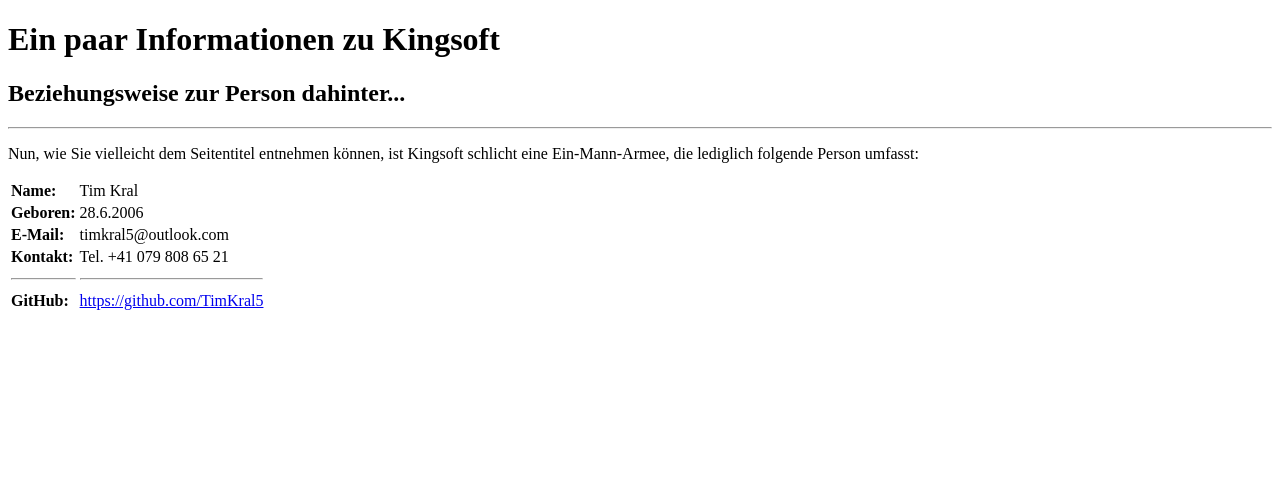
Repository: TimKral5/WikiPage
Page: Homepage/pages/about/about.htm
An editor plug-in stored every save of this project. The page is shown before and after the next save, followed by the edit.
The browser window is 1280 px wide. The pictures show the whole page.

Above is the page before, as saved 2022-11-10 23:14:43.

### Homepage/pages/about/about.htm
<!DOCTYPE html>
<html lang="en">

<head>
    <meta charset="UTF-8">
    <meta http-equiv="X-UA-Compatible" content="IE=edge">
    <meta name="viewport" content="width=device-width, initial-scale=1.0">
    <title>Test</title>

    <link rel="stylesheet" href="style.css">
</head>

<body>
    <h1>Ein paar Informationen zu Kingsoft</h1>
    <h2>Beziehungsweise zur Person dahinter...</h2>
    <hr>
    <p>
        Nun, wie Sie vielleicht dem Seitentitel entnehmen können, ist Kingsoft schlicht eine Ein-Mann-Armee, die lediglich folgende Person umfasst:
    </p>
    <table>
        <tr>
            <td><b>Name:</b></td>
            <td>Tim Kral</td>
        </tr>
        <tr>
            <td><b>Geboren:</b></td>
            <td>28.6.2006</td>
        </tr>
        <tr>
            <td><b>E-Mail:</b></td>
            <td>timkral5@outlook.com</td>
        </tr>
        <tr>
            <td><b>Kontakt:</b></td>
            <td>Tel. +41 079 808 65 21</td>
        </tr>
        <tr>
            <td><hr></td>
            <td><hr></td>
        </tr>
        <tr>
            <td><b>GitHub:</b></td>
            <td><a href="https://github.com/TimKral5">https://github.com/TimKral5</a></td>
        </tr>
    </table>
</body>

</html>

### Homepage/pages/about/style.css
table {
    font-size: 16px;
}

After the next save:
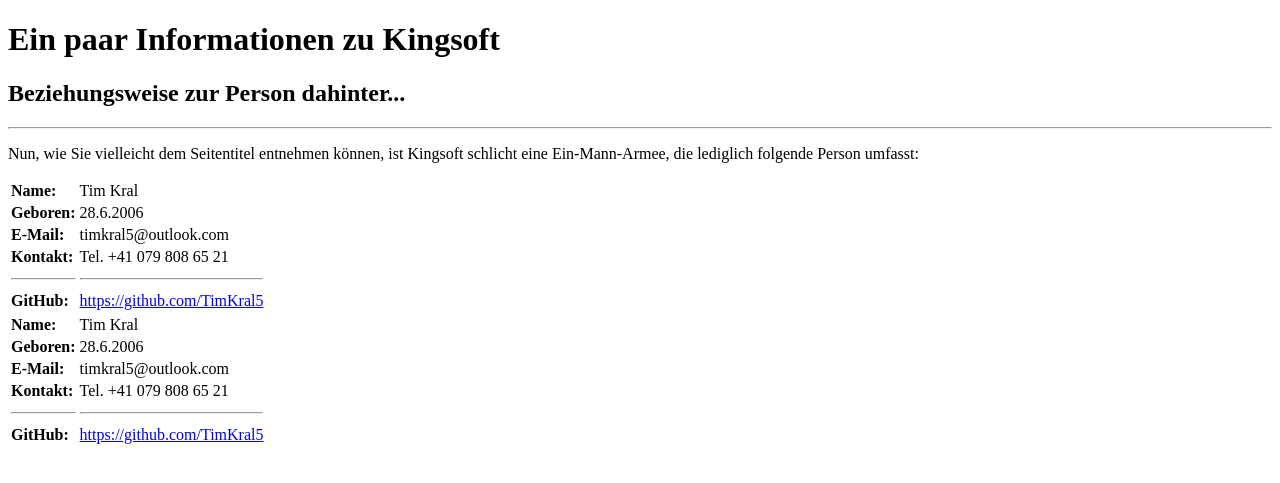
Saved 25 s later.
--- a/Homepage/pages/about/about.htm
+++ b/Homepage/pages/about/about.htm
@@ -43,6 +43,32 @@
             <td><a href="https://github.com/TimKral5">https://github.com/TimKral5</a></td>
         </tr>
     </table>
+    <table>
+        <tr>
+            <td><b>Name:</b></td>
+            <td>Tim Kral</td>
+        </tr>
+        <tr>
+            <td><b>Geboren:</b></td>
+            <td>28.6.2006</td>
+        </tr>
+        <tr>
+            <td><b>E-Mail:</b></td>
+            <td>timkral5@outlook.com</td>
+        </tr>
+        <tr>
+            <td><b>Kontakt:</b></td>
+            <td>Tel. +41 079 808 65 21</td>
+        </tr>
+        <tr>
+            <td><hr></td>
+            <td><hr></td>
+        </tr>
+        <tr>
+            <td><b>GitHub:</b></td>
+            <td><a href="https://github.com/TimKral5">https://github.com/TimKral5</a></td>
+        </tr>
+    </table>
 </body>
 
 </html>
